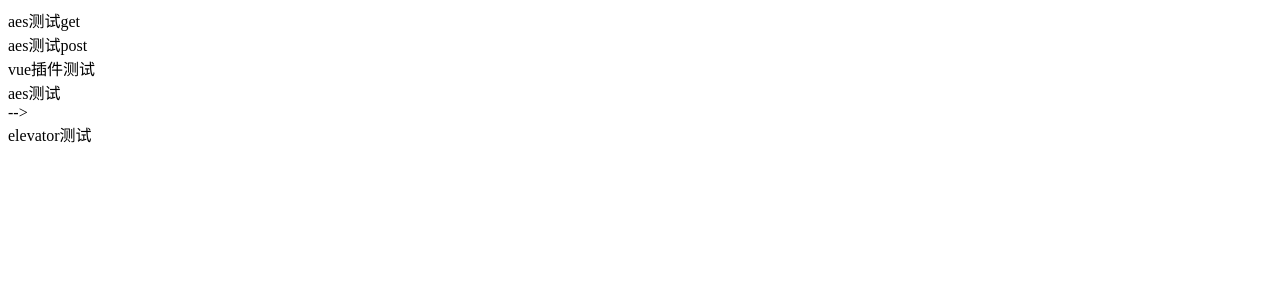
Repository: gaomin-github/my-pj6
Page: /
These files come from the project's save history. The page is drawn as it stood at one moment and after the next save; the edit follows.
The browser window is 1280 px wide. The pictures show the whole page.
The project was rebuilt for these pictures with package versions that can differ from the ones it lists, and the page was loaded fresh each time.

Above is the page before, as saved 2019-12-05 17:17:57.

After the next save:
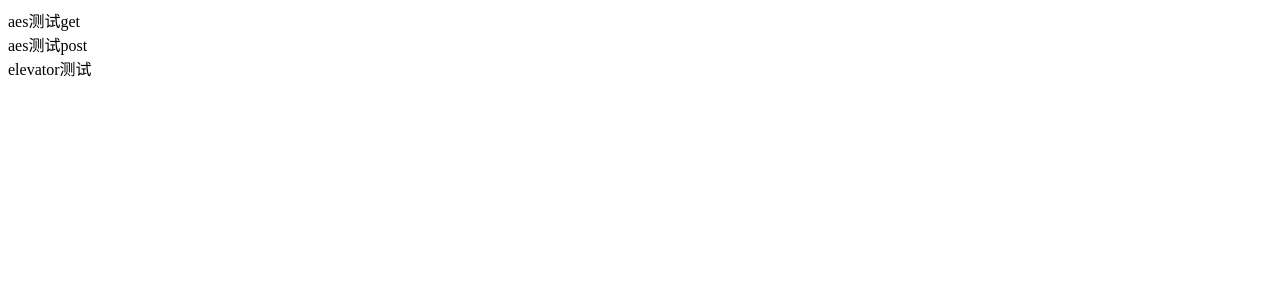
Saved 26 s later.
--- a/src/directory.vue
+++ b/src/directory.vue
@@ -7,7 +7,7 @@
         <section class="demo_title" @click="enterCon('toolDemo')">工具组件</section>
         <section class="demo_title" @click="enterCon('navDemo')">导航组件</section>
         <section class="demo_title" @click="enterCon('directDemo')">指令测试</section>
-        <!--<section class="demo_title" @click="enterCon('directDemo2')">指令测试2</section>-->
+        <!--<section class="demo_title" @click="enterCon('directDemo2')">指令测试2</section>
         <section class="demo_title" @click="enterCon('vuePluginDemo')">vue插件测试</section>
         <section class="demo_title" @click="aesTest">aes测试</section>-->
         <section class="demo_title" @click="enterCon('elevatorDemo')">elevator测试</section>
